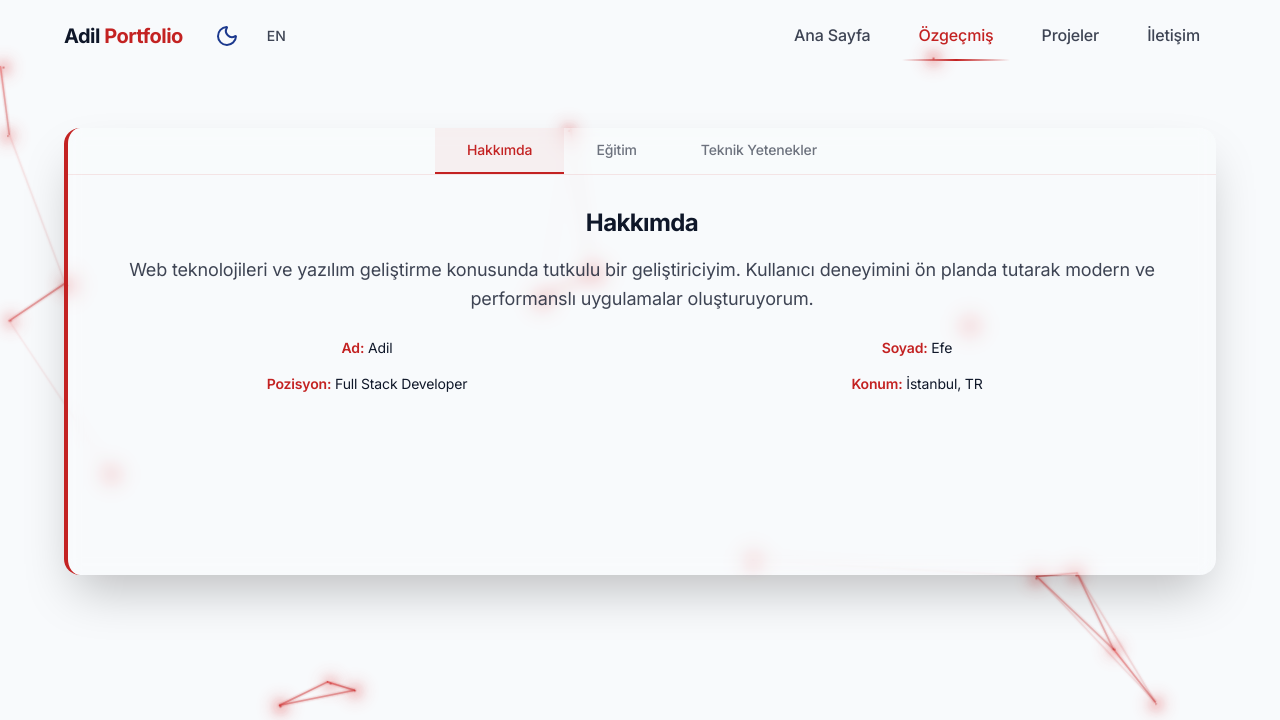
Repository: jusiann/personal-portfolio
Page: /tr/resume (app in my-portfolio/)
An editor plug-in stored every save of this project. The page is shown before and after the next save, followed by the edit.
The browser window is 1280 px wide. The pictures show the whole page.
The project was rebuilt for these pictures with package versions that can differ from the ones it lists, and the page was loaded fresh each time. Also part of the build but not shown: my-portfolio/vite.config.js, my-portfolio/src/components/HomeImage.jsx, my-portfolio/src/components/SocialLinks.jsx, my-portfolio/src/components/HomeCard.jsx, my-portfolio/src/pages/Home.jsx, my-portfolio/src/pages/Projects.jsx, my-portfolio/src/pages/Contact.jsx, my-portfolio/src/pages/NotFound.jsx.

Above is the page before, as saved 2025-11-20 20:37:09.

### my-portfolio/index.html
<!doctype html>
<html lang="en">
  <head>
    <meta charset="UTF-8" />
    <link rel="icon" type="image/svg+xml" href="/vite.svg" />
    <meta name="viewport" content="width=device-width, initial-scale=1.0" />
    <link rel="preconnect" href="https://fonts.googleapis.com">
    <link rel="preconnect" href="https://fonts.gstatic.com" crossorigin>
    <link href="https://fonts.googleapis.com/css2?family=Inter:wght@300;400;500;600;700;800&family=Source+Code+Pro:wght@400;500;600&display=swap" rel="stylesheet">
    <title>my-portfolio</title>
  </head>
  <body>
    <div id="root"></div>
    <script type="module" src="/src/main.jsx"></script>
  </body>
</html>

### my-portfolio/src/App.jsx
import { BrowserRouter, Routes, Route, Navigate, useLocation } from "react-router-dom"
import { AnimatePresence } from "framer-motion"
import { Home } from "./pages/Home";
import { Resume } from "./pages/Resume";
import { Projects } from "./pages/Projects";
import { Contact } from "./pages/Contact";
import { NotFound } from "./pages/NotFound";

function AnimatedRoutes() {
  const location = useLocation();

  return (
    <AnimatePresence mode="wait">
      <Routes location={location} key={location.pathname}>

        {/* TURKISH ROUTES */}
        <Route path="/" element={<Navigate to="/en" replace />} />
        <Route path="/tr" element={<Home />}/>
        <Route path="/tr/resume" element={<Resume />}/>
        <Route path="/tr/projects" element={<Projects />}/>
        <Route path="/tr/contact" element={<Contact />}/>

        {/* ENGLISH ROUTES */}
        <Route path="/en" element={<Home />}/>
        <Route path="/en/resume" element={<Resume />}/>
        <Route path="/en/projects" element={<Projects />}/>
        <Route path="/en/contact" element={<Contact />}/>
        <Route path="*" element={<NotFound />} />
      </Routes>
    </AnimatePresence>
  );
}

function App() {
  return (
    <BrowserRouter>
      <AnimatedRoutes />
    </BrowserRouter>
  )
}

export default App

### my-portfolio/src/pages/Resume.jsx
import {CrimsonWebBackground} from "../components/CrimsonWebBackground";
import {Navbar} from "../components/Navbar";
import {PageTransition} from "../components/PageTransition";
import {ResumeCard} from "../components/ResumeCard";


export const Resume = () => {

    return (
        <PageTransition>
        <div className="
                        min-h-screen
                        bg-background
                        text-foreground
                        overflow-x-hidden">
            {/* BACKGROUND EFFECTS */}
            <CrimsonWebBackground />

            {/* NAVBAR */}
            <Navbar />

            {/* MAIN CONTENT */}
            <ResumeCard />

            {/* FOOTER */}
        </div>
        </PageTransition>
    );
};

### my-portfolio/src/components/Navbar.jsx
import {cn} from "../lib/utils";
import {Menu, X} from "lucide-react";
import {useEffect, useState} from "react";
import {useLocation, Link} from "react-router-dom";
import {translations} from "../lib/translations";
import {ThemeToggle} from "./ThemeToggle";
import {LanguageToggle} from "./LanguageToggle";

export const Navbar = () => {
  const [isScrolled, setIsScrolled] = useState(false);
  const [isMenuOpen, setIsMenuOpen] = useState(false);
  const location = useLocation();
  const lang = location.pathname.startsWith('/en') ? 'en' : 'tr';

  const navItems = [
    { name: translations[lang].home, href: `/${lang}` },
    { name: translations[lang].resume, href: `/${lang}/resume`},
    { name: translations[lang].projects, href: `/${lang}/projects` },
    { name: translations[lang].contact, href: `/${lang}/contact` },
  ];

  const isActiveRoute = (href) => {
    if (href === `/${lang}`) {
      return location.pathname === `/${lang}` || location.pathname === `/${lang}/`;
    }
    return location.pathname.startsWith(href);
  };

  useEffect(() => {
    const handleScroll = () => {
      setIsScrolled(window.scrollY > 10);
    };

    window.addEventListener("scroll", handleScroll);
    return () => window.removeEventListener("scroll", handleScroll);
  }, []);

  return (
    <nav
      className={cn(
        "fixed top-0 left-0 right-0 w-full z-50 transition-all duration-300 py-5",
        isScrolled ? "bg-background/80 backdrop-blur-md shadow-lg" : "bg-transparent"
      )}
    >
      <div className="w-[90%] mx-auto flex items-center justify-between h-8">
        <div className="flex items-center gap-6">
          <a
            className="text-xl font-heading font-bold text-primary flex items-center"
            href="#hero"
          >
            <span className="relative z-10">
              <span className="text-glow/50 text-foreground"> Adil </span>{" "}
              Portfolio
            </span>
          </a>

          <div className="flex items-center gap-2">
            <ThemeToggle />
            <LanguageToggle />
          </div>
        </div>

        <div className="hidden md:flex items-center space-x-4">
          {
            navItems.map((item, key) => (
              <Link
                key={key}
                to={item.href}
                className={`relative px-4 py-3 font-medium transition-colors duration-300 group ${
                  isActiveRoute(item.href)
                    ? 'text-primary'
                    : 'text-foreground/80 hover:text-primary'
                }`}
              >
                <div className={`absolute bottom-0 left-0 w-full h-0.5 bg-linear-to-r from-transparent via-primary to-transparent transition-transform duration-500 origin-center ${
                  isActiveRoute(item.href)
                    ? 'scale-x-100'
                    : 'scale-x-0 group-hover:scale-x-100'
                }`}
                />

                <span className="relative z-10">
                  {item.name}
                </span>
              </Link>
          ))}
        </div>

        <button
          onClick={() => setIsMenuOpen((prev) => !prev)}
          className="md:hidden p-2 text-foreground z-50 hover:text-primary transition-colors duration-300"
          aria-label={isMenuOpen ? "Close Menu" : "Open Menu"}
        >
          {isMenuOpen ? <X size={24} /> : <Menu size={24} />}
        </button>

        <div
          className={cn(
            "fixed inset-0 bg-background/95 backdrop-blur-md z-40 flex flex-col items-center justify-center",
            "transition-all duration-300 md:hidden",
            isMenuOpen
              ? "opacity-100 pointer-events-auto"
              : "opacity-0 pointer-events-none"
          )}
        >
          <div className="flex flex-col space-y-8 text-xl">
            {
              navItems.map((item, key) => (
                <Link
                  key={key}
                  to={item.href}
                  className={`relative px-4 py-2 transition-colors duration-300 group ${
                    isActiveRoute(item.href)
                      ? 'text-primary'
                      : 'text-foreground/80 hover:text-primary'
                  }`}
                  onClick={() => setIsMenuOpen(false)}
                >
                  <div className={`absolute bottom-0 left-0 w-full h-0.5 bg-linear-to-r from-transparent via-primary to-transparent transition-transform duration-500 ${
                    isActiveRoute(item.href)
                      ? 'scale-x-100'
                      : 'scale-x-0 group-hover:scale-x-100'
                  }`} />

                  <span className="relative z-10">
                    {item.name}
                  </span>
                </Link>
            ))}
          </div>
        </div>
      </div>
    </nav>
  );
};

### my-portfolio/src/components/PageTransition.jsx
import {motion} from 'framer-motion';

export const PageTransition = ({ children }) => {
    return (
        <>
            {children}

            {/* LEFT TRIANGLE */}
            <motion.div
                className="fixed inset-0 bg-background z-100 pointer-events-none"
                style={{
                    clipPath: 'polygon(0% 0%, 100% 0%, 0% 100%)',
                }}
                initial={{ x: '0%' }}
                animate={{ x: '-100%' }}
                transition={{
                    duration: 0.6,
                    ease: [0.65, 0, 0.35, 1],
                    delay: 0.4
                }}
            />

            {/* RIGHT TRIANGLE */}
            <motion.div
                className="fixed inset-0 bg-background z-100 pointer-events-none"
                style={{
                    clipPath: 'polygon(100% 0%, 100% 100%, 0% 100%)',
                }}
                initial={{ x: '0%' }}
                animate={{ x: '100%' }}
                transition={{
                    duration: 0.6,
                    ease: [0.65, 0, 0.35, 1],
                    delay: 0.4
                }}
            />

            {/* RED DIAGONAL LINE */}
            <motion.div
                className="fixed inset-0 pointer-events-none z-101"
                style={{
                    background: 'linear-gradient(to bottom right, transparent calc(50% - 2px), rgb(220, 38, 38) calc(50% - 2px), rgb(220, 38, 38) calc(50% + 2px), transparent calc(50% + 2px))',
                    filter: 'drop-shadow(0 0 8px rgb(220, 38, 38))',
                }}
                initial={{ opacity: 1 }}
                animate={{ opacity: 0 }}
                transition={{
                    duration: 0.3,
                    ease: "easeOut",
                    delay: 0.3
                }}
            />
        </>
    );
};

### my-portfolio/src/components/ResumeCard.jsx
import { useState } from "react";
import { useLanguage } from "../lib/utils";
import { cn } from "../lib/utils";

export const ResumeCard = () => {
    const { t } = useLanguage();
    const [activeTab, setActiveTab] = useState('about');

    const tabs = [
        { id: 'about', label: t('resume_about_title') },
        { id: 'education', label: t('resume_education_title') },
        { id: 'skills', label: t('resume_skills_title') },
    ];

    const renderContent = () => {
        switch (activeTab) {
            case 'about':
                return (
                    <div className="animate-fade-in">
                        <h3 className="text-2xl font-heading font-bold text-foreground mb-4">
                            {t('resume_about_title')}
                        </h3>
                        <p className="text-foreground/80 leading-relaxed text-lg">
                            {t('profile_tagline')}
                        </p>
                        <div className="mt-6 grid grid-cols-2 gap-4 text-sm">
                            <div>
                                <span className="text-primary font-semibold">Ad:</span> {t('profile_name')}
                            </div>
                            <div>
                                <span className="text-primary font-semibold">Soyad:</span> {t('profile_surname')}
                            </div>
                            <div>
                                <span className="text-primary font-semibold">Pozisyon:</span> {t('hero_subtitle')}
                            </div>
                            <div>
                                <span className="text-primary font-semibold">Konum:</span> İstanbul, TR
                            </div>
                        </div>
                    </div>
                );
            case 'education':
                return (
                    <div className="animate-fade-in">
                        <h3 className="text-2xl font-heading font-bold text-foreground mb-6">
                            {t('resume_education_title')}
                        </h3>
                        <div className="space-y-4">
                            <div className="border-l-4 border-primary pl-4">
                                <h4 className="text-lg font-semibold text-foreground">
                                    Bilgisayar Mühendisliği
                                </h4>
                                <p className="text-primary font-medium">
                                    İstanbul Teknik Üniversitesi
                                </p>
                                <p className="text-sm text-foreground/60">
                                    2018 - 2022
                                </p>
                            </div>
                            <div className="border-l-4 border-primary/50 pl-4">
                                <h4 className="text-lg font-semibold text-foreground">
                                    Lise Diploması
                                </h4>
                                <p className="text-primary/80 font-medium">
                                    Fen Lisesi
                                </p>
                                <p className="text-sm text-foreground/60">
                                    2014 - 2018
                                </p>
                            </div>
                        </div>
                    </div>
                );
            case 'skills':
                return (
                    <div className="animate-fade-in">
                        <h3 className="text-2xl font-heading font-bold text-foreground mb-6">
                            {t('resume_skills_title')}
                        </h3>
                        <div className="grid grid-cols-1 md:grid-cols-2 gap-6">
                            <div>
                                <h4 className="text-lg font-semibold text-primary mb-3">
                                    {t('resume_skills_frontend')}
                                </h4>
                                <div className="flex flex-wrap gap-2">
                                    {['React', 'JavaScript', 'TypeScript', 'Tailwind CSS', 'HTML5', 'CSS3'].map(skill => (
                                        <span
                                            key={skill}
                                            className="px-3 py-1 bg-primary/10 text-primary rounded-full text-sm font-medium"
                                        >
                                            {skill}
                                        </span>
                                    ))}
                                </div>
                            </div>
                            <div>
                                <h4 className="text-lg font-semibold text-primary mb-3">
                                    {t('resume_skills_backend')}
                                </h4>
                                <div className="flex flex-wrap gap-2">
                                    {['Node.js', 'Express', 'MongoDB', 'PostgreSQL', 'Python', 'Django'].map(skill => (
                                        <span
                                            key={skill}
                                            className="px-3 py-1 bg-primary/10 text-primary rounded-full text-sm font-medium"
                                        >
                                            {skill}
                                        </span>
                                    ))}
                                </div>
                            </div>
                            <div>
                                <h4 className="text-lg font-semibold text-primary mb-3">
                                    {t('resume_skills_tools')}
                                </h4>
                                <div className="flex flex-wrap gap-2">
                                    {['Git', 'Docker', 'VS Code', 'Figma', 'Postman'].map(skill => (
                                        <span
                                            key={skill}
                                            className="px-3 py-1 bg-primary/10 text-primary rounded-full text-sm font-medium"
                                        >
                                            {skill}
                                        </span>
                                    ))}
                                </div>
                            </div>
                            <div>
                                <h4 className="text-lg font-semibold text-primary mb-3">
                                    {t('resume_skills_languages')}
                                </h4>
                                <div className="space-y-2">
                                    <div className="flex justify-between">
                                        <span>Türkçe</span>
                                        <span className="text-primary">Native</span>
                                    </div>
                                    <div className="flex justify-between">
                                        <span>English</span>
                                        <span className="text-primary">Advanced</span>
                                    </div>
                                </div>
                            </div>
                        </div>
                    </div>
                );
            default:
                return null;
        }
    };

    return (
        <div className="relative w-[90%] mx-auto min-h-[calc(100vh-8rem)] flex items-center justify-center pt-32 pb-8">
            <div className="w-full max-w-6xl">
                <div
                    className="
                        relative
                        bg-card/10
                        backdrop-blur-sm
                        rounded-2xl
                        border-l-4
                        border-primary
                        shadow-2xl
                        overflow-hidden
                        transition-all
                        duration-500
                        hover:scale-[1.01]
                        animate-fade-in
                    "
                >
                    {/* Tab Navigation */}
                    <div className="bg-background/30 border-b border-primary/10">
                        <div className="flex overflow-x-auto justify-center">
                            {tabs.map((tab, index) => (
                                <button
                                    key={tab.id}
                                    onClick={() => setActiveTab(tab.id)}
                                    className={cn(
                                        "px-8 py-3 text-sm font-medium transition-all duration-200 border-b-2 min-w-fit",
                                        "animate-fade-in-delay-" + (index + 1),
                                        activeTab === tab.id
                                            ? "text-primary border-primary bg-primary/5"
                                            : "text-foreground/60 border-transparent hover:text-foreground hover:bg-primary/5"
                                    )}
                                >
                                    {tab.label}
                                </button>
                            ))}
                        </div>
                    </div>

                    {/* Content */}
                    <div className="p-6 md:p-8 min-h-[400px]">
                        {renderContent()}
                    </div>
                </div>

                {/* Glow Effect */}
                <div
                    className="
                        absolute
                        -inset-4
                        bg-primary/5
                        blur-3xl
                        -z-10
                        opacity-50
                        animate-pulse-subtle
                    "
                />
            </div>
        </div>
    );
};

### my-portfolio/src/components/LanguageToggle.jsx
import {useNavigate, useLocation } from 'react-router-dom';
import {cn} from '../lib/utils';

export const LanguageToggle = () => {
    const navigate = useNavigate();
    const location = useLocation();
    const currentLang = location.pathname.startsWith('/en') ? 'en' : 'tr';

    const toggleLanguage = () => {
        const newLang = currentLang === 'tr' ? 'en' : 'tr';
        navigate(`/${newLang}${location.hash}`);
    };

    return (
        <button
            onClick={toggleLanguage}
            className={cn(
                "px-3 py-2 transition-all duration-300",
                "hover:scale-110 active:scale-95",
                "focus:outline-none text-foreground/80 hover:text-foreground",
                "text-sm font-medium uppercase"
            )}
        >
            {currentLang === 'tr' ? 'EN' : 'TR'}
        </button>
    );
};

Loaded but not shown: my-portfolio/src/main.jsx (common file); my-portfolio/src/lib/translations.js (library); my-portfolio/src/lib/utils.js (19 lines, source omitted); my-portfolio/src/index.css (267 lines, source omitted); my-portfolio/src/components/CrimsonWebBackground.jsx (183 lines, source omitted); my-portfolio/src/components/ThemeToggle.jsx (130 lines, source omitted)

After the next save:
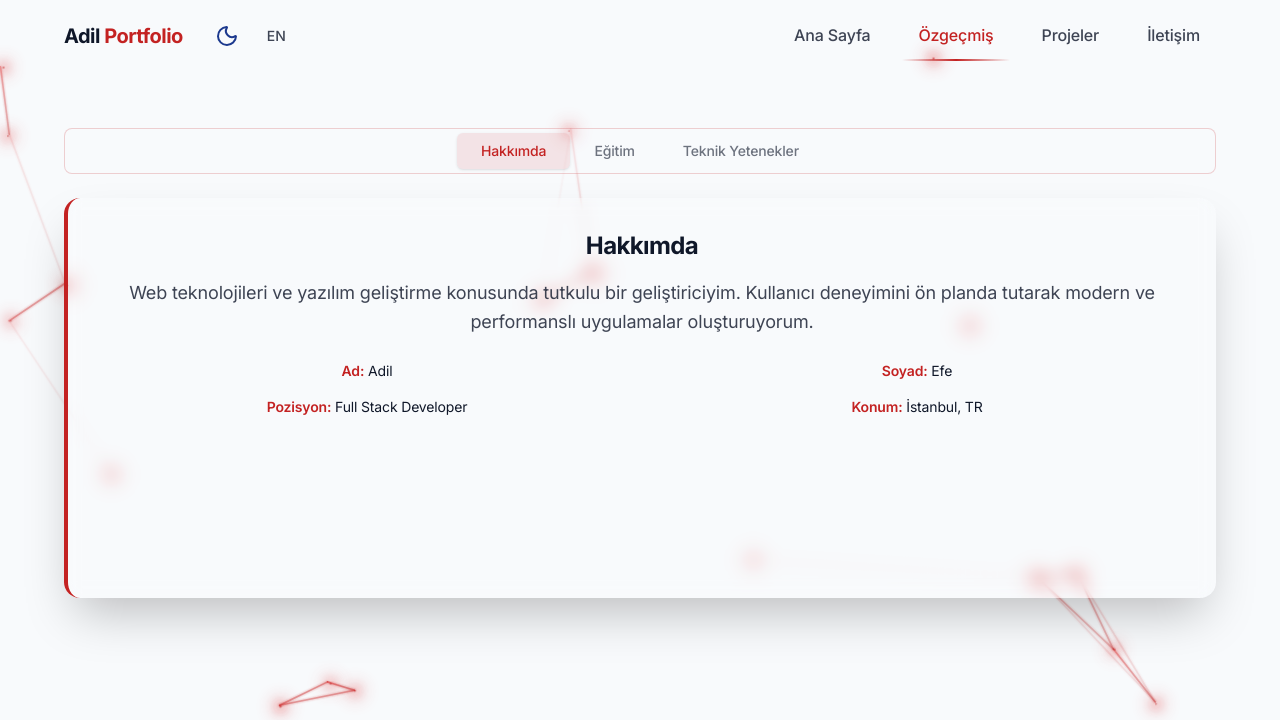
Saved 60 s later.
--- a/my-portfolio/src/components/ResumeCard.jsx
+++ b/my-portfolio/src/components/ResumeCard.jsx
@@ -147,8 +147,30 @@ export const ResumeCard = () => {
     };
 
     return (
-        <div className="relative w-[90%] mx-auto min-h-[calc(100vh-8rem)] flex items-center justify-center pt-32 pb-8">
+        <div className="relative w-[90%] mx-auto min-h-[calc(100vh-8rem)] flex flex-col items-center justify-center pt-32 pb-8">
             <div className="w-full max-w-6xl">
+                {/* Tab Navigation */}
+                <div className="mb-6 animate-fade-in">
+                    <div className="flex overflow-x-auto justify-center bg-background/20 backdrop-blur-sm rounded-lg border border-primary/20 p-1">
+                        {tabs.map((tab, index) => (
+                            <button
+                                key={tab.id}
+                                onClick={() => setActiveTab(tab.id)}
+                                className={cn(
+                                    "px-6 py-2 text-sm font-medium transition-all duration-200 rounded-md min-w-fit",
+                                    "animate-fade-in-delay-" + (index + 1),
+                                    activeTab === tab.id
+                                        ? "text-primary bg-primary/10 shadow-sm"
+                                        : "text-foreground/60 hover:text-foreground hover:bg-primary/5"
+                                )}
+                            >
+                                {tab.label}
+                            </button>
+                        ))}
+                    </div>
+                </div>
+
+                {/* Card */}
                 <div
                     className="
                         relative
@@ -162,30 +184,9 @@ export const ResumeCard = () => {
                         transition-all
                         duration-500
                         hover:scale-[1.01]
-                        animate-fade-in
+                        animate-fade-in-delay-2
                     "
                 >
-                    {/* Tab Navigation */}
-                    <div className="bg-background/30 border-b border-primary/10">
-                        <div className="flex overflow-x-auto justify-center">
-                            {tabs.map((tab, index) => (
-                                <button
-                                    key={tab.id}
-                                    onClick={() => setActiveTab(tab.id)}
-                                    className={cn(
-                                        "px-8 py-3 text-sm font-medium transition-all duration-200 border-b-2 min-w-fit",
-                                        "animate-fade-in-delay-" + (index + 1),
-                                        activeTab === tab.id
-                                            ? "text-primary border-primary bg-primary/5"
-                                            : "text-foreground/60 border-transparent hover:text-foreground hover:bg-primary/5"
-                                    )}
-                                >
-                                    {tab.label}
-                                </button>
-                            ))}
-                        </div>
-                    </div>
-
                     {/* Content */}
                     <div className="p-6 md:p-8 min-h-[400px]">
                         {renderContent()}
